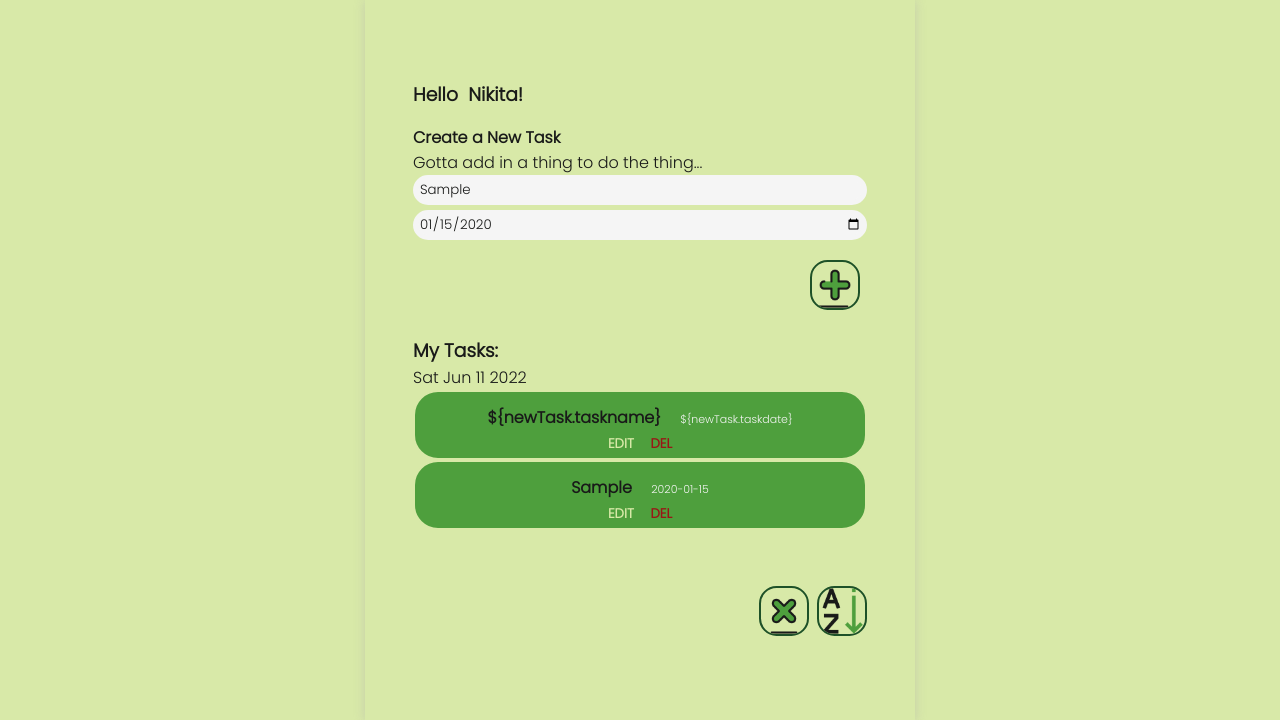
Repository: acidpixie/todo-app-version3
Page: index.html
An editor plug-in stored every save of this project. The page is shown before and after the next save, followed by the edit.
The browser window is 1280 px wide. The pictures show the whole page.
Empty fields were first filled with sample values (such as "Sample", 5 or name@example.com).
After loading, the first visible `#add-new-task-button` was clicked once.

Above is the page before, as saved 2022-06-11 20:55:23.
Console error: ReferenceError: myArray is not defined

### index.html
<!DOCTYPE html>
<html lang="en">
<head>
    <meta charset="UTF-8">
    <meta http-equiv="X-UA-Compatible" content="IE=edge">
    <meta name="viewport" content="width=device-width, initial-scale=1.0">
    <title>Todo Application</title>

    <link rel="stylesheet" type="text/css" href="/css/stylesheet.css">
    <script type="text/javascript" src="/js/script.js" defer></script>

    <!--google fonts - poppins-->
    <link rel="preconnect" href="https://fonts.googleapis.com">
    <link rel="preconnect" href="https://fonts.gstatic.com" crossorigin>
    <link href="https://fonts.googleapis.com/css2?family=Poppins:wght@200;300&display=swap" rel="stylesheet">


</head>
<body>

    <section>
        <header class="heading">
        <h3>Hello &nbsp;<div contenteditable="true">Nikita!</div></h3>
        </header>

        <div>
            <h4>Create a New Task</h4>
            <form>
                <label>Gotta add in a thing to do the thing...</label>
                <input type="text" class="user-input" id="input-task" placeholder="e.g go to gym">
                <p id="empty-input"></p>
                <input type="date" class="user-date" id="input-date">
                <img src="/images/add.png" type="submit" class="add-new-task" id="add-new-task-button"></img>
                </label>
            </form>
       </div>
    </section>

    <section>
        <div id="display-tasks" class="display">
            <h3>My Tasks:</h3>
            <span class="title-date" id="title-date"></span>
            <ul class="task-item" id="task-list">
                <li class="list-item" id="list-item" data-id="${newTask.taskId}">
                    <div class="list-container">
                        <span class="list-input" id="list-input">${newTask.taskname}</span>
                        <span class="list-date-input" id="list-date-input">${newTask.taskdate}</span>
                    </div>
                    <div class="list-buttons">
                        <button class="edit-item" id="edit-item">EDIT</button>
                        <button class="delete-item" id="delete-item">DEL</button>
                    </div>
                </li>
            </ul>
        </div>
    </section>

    <section class="user-buttons" id="buttons-user">
        <img src="/images/delete.png" class="user-button" id="clear-button"></img>
        <img src="/images/sort-a-z.png" class="user-button" id="sort-button"></img>
    </section>


</body>
</html>

### css/stylesheet.css
/*color pallet
#191A19 - black
#1E5128 - dark green
#4E9F3D - light green
#D8E9A8 - whitish green gray
#f5f5f5 - white smoke
*/



* {
    box-sizing: border-box;
    font-family: "poppins", sans-serif;
    margin: 0;
}

body {
    background-color: #D8E9A8;
    color: #191A19;
    max-width: 550px;
    min-height: 100vh;
    margin: auto;
    box-shadow: 0 1px 10px 0px rgba(176, 173, 173, 0.467);
    position: relative;
}


section {
    padding: 3rem;
}

.heading {
    padding-top: 2rem;
    padding-bottom: 1rem;
}

form {
    display: flex;
    flex-direction: column;
}

input {
    height: 30px;
    border: solid 5px #f5f5f5;
    color: #191A19;
    background-color: #f5f5f5;
    border-radius: 25px;
}

.user-date {
    margin-top: 5px;
}

li {
    display: flex;
    flex-direction: row;
    padding-left: 0;
    padding-top: 10px;
    list-style: none;
}

ul{
    margin: 0;
    padding: 0;
}

li {
    display: flex;
    flex-direction: column;
    justify-content: center;
    height: 70px;
    width: auto;
    background-color: #4E9F3D ;
    border: solid 2px #D8E9A8;
    border-radius: 25px;
    align-items: center;
}

.edit-item {
    background-color: transparent;
    border: none;
    color: #D8E9A8;
    font-weight: 600;
    cursor: pointer;
}

.delete-item {
    background-color: transparent ;
    border: none;
    color: #9a1616;
    font-weight: 600;
    cursor: pointer;
}


.user-buttons {
    display: flex;
    flex-direction: row;
    gap: 8px;
    position: absolute;
    bottom: 5%;
    right: 0%;
}

.user-button {
    display: flex;
    height: 50px;
    width: 50px;
    gap: 10px;
    border: solid 2px #1E5128;
    border-radius: 35%;
    cursor: pointer;

}

.add-new-task {
    height: 50px;
    width: 50px;
    margin-top: 5px;
    position: absolute;
    bottom: 57%;
    right: 10%;
    background-color: none;
    border: solid 2px #1E5128;
    border-radius: 35%;
    cursor: pointer;

}

.completed-task {
    text-decoration: line-through;
    background-color: #D8E9A8;
  }

.completed {
    filter: opacity(50%);
  }

.list-date-input {
    font-size: 11px;
    color: #f5f5f5 ;
    padding-left: 15px;

}

.list-input {
    font-weight: 600;
}

h3 {
    display: flex;
    flex-direction: row;
}

### js/script.js
let date = new Date();
let dateHeader = date.toDateString();

const dateToday = document.getElementById('title-date');
dateToday.innerHTML = dateHeader;

const LOCAL_STORAGE_APP_KEY = "todo-app-storage-key";

//input variables
let taskInput = document.getElementById("input-task");
let taskInputDate = document.getElementById("input-date");
const taskInputSubmit = document.getElementById("add-new-task-button");
const emptyInput= document.getElementById("empty-input");

const taskList = document.getElementById("task-list");

const clearTaskList = document.getElementById("clear-button");
const sortTaskList = document.getElementById("sort-button");

let editInputTask = "";
let editInputDate = "";
let editId = "";
let isEdit = false;

let taskArray = [];

class Task {
    constructor(taskid, taskname, taskdate) {
        this._taskid = taskid;
        this._taskname = taskname;
        this._taskdate = taskdate;
    }

    get taskid() {
        return this._taskid;
      }

      set taskid(newTaskId) {
        this._taskid = newTaskId;
      }

      get taskname() {
        return this._taskname;
      }

      set taskname(newTaskName) {
        this._taskname = newTaskName;
      }

      get taskdate() {
        return this._taskdate;
      }

      set taskdate(newTaskDate) {
        this._taskdate = newTaskDate;
      }
    }

    //event listeners

    taskInputSubmit.addEventListener("click", addTask);
    clearTaskList.addEventListener("click", clearTasks);
    sortTaskList.addEventListener("click", sortTasks);

    //function to add in a new task

    function addTask(e) {
        e.preventDefault();

        let userInput = document.getElementById("input-task").value;
        let userInputDate = document.getElementById("input-date").value;

        let newTaskId = new Date().getTime().toString();
        let userInputTask = userInput.charAt(0).toUpperCase() + userInput.slice(1);

        emptyInput.innerHTML= "";

        if (userInputTask !== "" && !isEdit) {
            let newTask = new Task(newTaskId, userInputTask, userInputDate);
            taskArray.push(newTask);

            const listElement = document.createElement("li");
            listElement.classList.add("list-item");
            const attr = document.createAttribute("data-id");
            attr.value = newTaskId;
            listElement.setAttributeNode(attr);

            //template literal to add in list inputs
            listElement.innerHTML = `
            <div class="list-container">
            <span class="list-input" id="list-input">${newTask.taskname}</span>
            <span class="list-date-input" id="list-date-input">${newTask.taskdate}</span>
            </div>
            <div class="list-buttons">
            <button class="edit-item" id="edit-item">EDIT</button>
            <button class="delete-item" id="delete-item">DEL</button>
            </div>
            `;

            //variables and event listeners for buttons in new li element created
            const taskContent = listElement.querySelector(".list-container");
            const deleteButton = listElement.querySelector(".delete-item");
            const editButton = listElement.querySelector(".edit-item");

           deleteButton.addEventListener("click", deleteTask);
           editButton.addEventListener("click", editTask);

            taskList.appendChild(listElement);

            taskContent.addEventListener("click", function(){
                taskContent.classList.toggle("completed-task");
                listElement.classList.toggle("completed");
            });

            saveToLocalStorage();
            setToDefault();

        } else if (userInputTask !== "" && isEdit) {
            editInputTask.innerHTML = userInputTask;
            editInputDate.innerHTML = userInputDate;

            setToDefault();

        } else if (userInputTask === "") {
            emptyInput.innerHTML = "task input cannot be blank";
        } else {
            emptyInput.innerHTML = "";
        }
    }

    // clear tasks

    function clearTasks() {
        const allTasks = document.querySelectorAll(".list-item");

        if (allTasks.length > 0) {
            allTasks.forEach(function (listItem) {
                taskList.removeChild(listItem);
            });

            setToDefault();
            localStorage.removeItem("todo-app-storage-key");
        }
    }

    //sort tasks a-z

    function sortTasks() {
        [...taskList.children]
        .sort((a, b) => (a.innerText > b.innerText ? 1 : -1))
        .forEach((node) => taskList.appendChild(node));
    }

    //delete tasks

    function deleteTask(event) {
        const element = event.currentTarget.parentElement.parentElement;
        const id = element.dataset.id;
        taskList.removeChild(element);

        setToDefault()
    }

    // edit tasks

    function editTask(event) {
        const element = event.currentTarget.parentElement.parentElement;
        const attrE = document.createAttribute("contenteditable");
        attrE.value = true;
        element.setAttributeNode(attrE);

        editId = element.dataset.id;
        isEdit = true;

    }


    function setToDefault() {
        taskInput.value = "";
        taskInputDate.value = "";
        isEdit = false;
        editId = "";
    }

    function saveToLocalStorage() {
        taskArray = JSON.stringify(myArray);
        localStorage.setItem(LOCAL_STORAGE_APP_KEY, taskArray);
        taskArray = JSON.parse(localStorage.getItem(LOCAL_STORAGE_APP_KEY));
    }

After the next save:
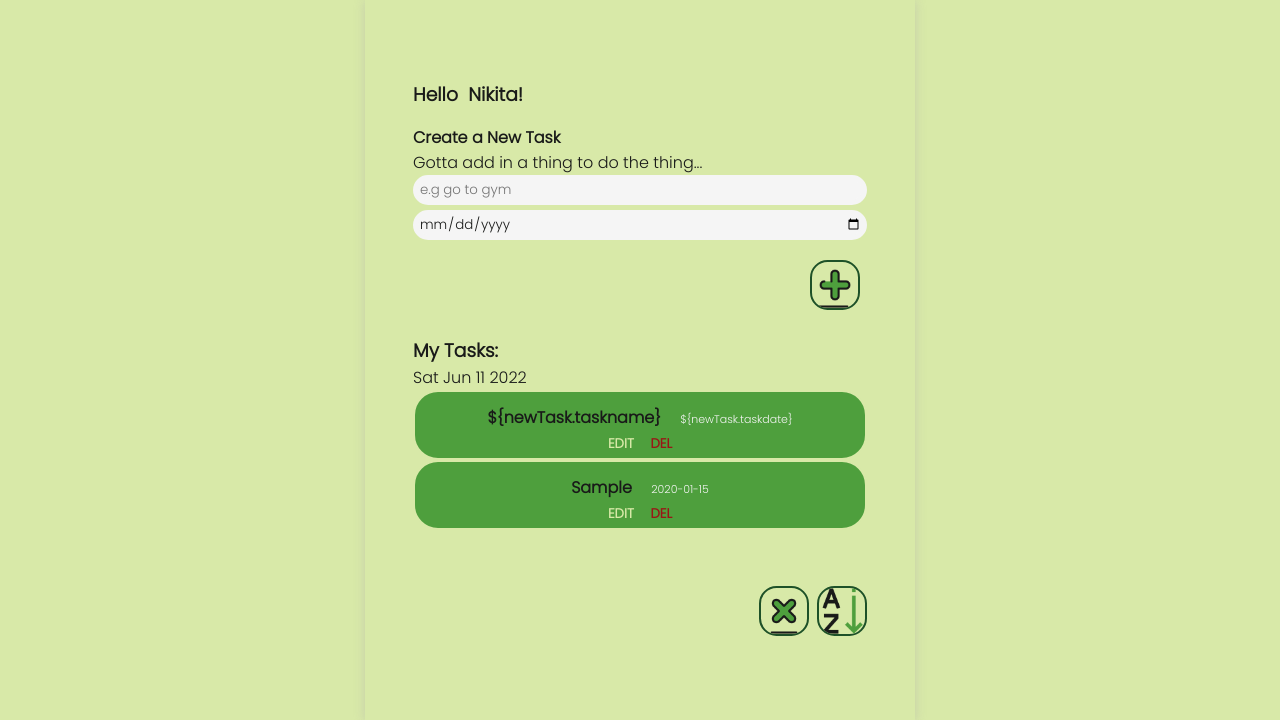
The error is gone.
Saved 2 min 20 s later.
--- a/js/script.js
+++ b/js/script.js
@@ -183,7 +183,7 @@ class Task {
     }
 
     function saveToLocalStorage() {
-        taskArray = JSON.stringify(myArray);
+        taskArray = JSON.stringify(taskArray);
         localStorage.setItem(LOCAL_STORAGE_APP_KEY, taskArray);
         taskArray = JSON.parse(localStorage.getItem(LOCAL_STORAGE_APP_KEY));
     }
